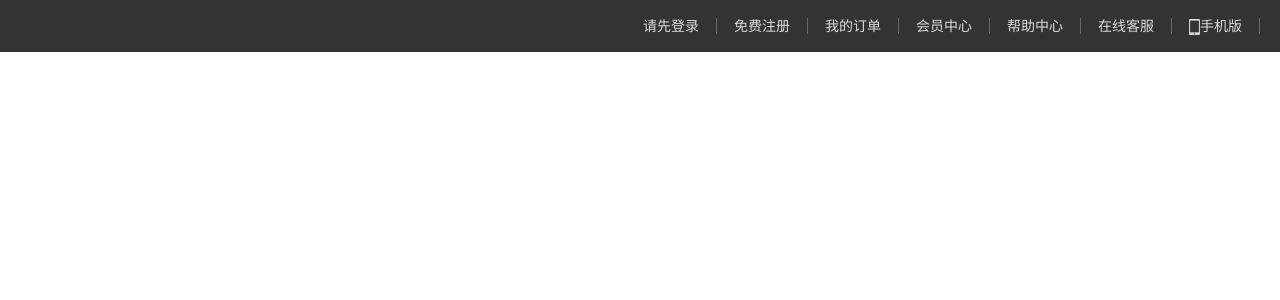
Repository: DengBiHua/xtx_pc_client
Page: index.html
These files come from the project's save history. The page is drawn as it stood at one moment and after the next save; the edit follows.
The browser window is 1280 px wide. The pictures show the whole page.

Above is the page before, as saved 2022-04-16 10:42:19.

### index.html
<!DOCTYPE html>
<html lang="zh-CN">
<head>
    <meta charset="UTF-8">
    <meta http-equiv="X-UA-Compatible" content="IE=edge">
    <meta name="viewport" content="width=device-width, initial-scale=1.0">
    <title>小兔鲜儿-新鲜、惠民、快捷！</title>
    <meta name="description" content="小兔鲜儿官网，致力于打造全球最大的食品、生鲜电商购物平台。">
    <meta name="keywords" content="小兔鲜儿,食品,生鲜,服装,家电,电商,购物">
    <link rel="shortcut icon" href="favicon.ico" type="image/x-icon">
    <link rel="stylesheet" href="./css/base.css">
    <link rel="stylesheet" href="./css/common.css">
    <link rel="stylesheet" href="./css/index.css">
</head>
<body>
    <div class="header">
        <div class="wrapper">
            <ul>
                <li><a href="#">请先登录</a></li>
                <li><a href="#">免费注册</a></li>
                <li><a href="#">我的订单</a></li>
                <li><a href="#">会员中心</a></li>
                <li><a href="#">帮助中心</a></li>
                <li><a href="#">在线客服</a></li>
                <li><a href="#"><span></span>手机版</a></li>
            </ul>
        </div>
    </div>
</body>
</html>

### css/base.css
/* 清除默认样式的代码 */
/* 去除常见标签默认的 margin 和 padding */
body,
h1,
h2,
h3,
h4,
h5,
h6,
p,
ul,
ol,
li,
dl,
dt,
dd,
input {
  margin: 0;
  padding: 0;
}

/* 內减模式 */
* {
  box-sizing: border-box;
}

/* 设置网页统一的字体大小、行高、字体系列相关属性 */
body {
  font: 16px/1.5 "Helvetica Neue", Helvetica, Arial, "Microsoft Yahei",
    "Hiragino Sans GB", "Heiti SC", "WenQuanYi Micro Hei", sans-serif;
  color: #333;
}

/* 去除列表默认样式 */
ul,
ol {
  list-style: none;
}

/* 去除默认的倾斜效果 */
em,
i {
  font-style: normal;
}

/* 去除a标签默认下划线，并设置默认文字颜色 */
a {
  text-decoration: none;
  color: #333;
}

/* 设置img的垂直对齐方式为居中对齐，去除img默认下间隙 */
img {
  vertical-align: middle;
}

/* 去除input默认样式 */
input {
  border: none;
  outline: none;
  color: #333;
}

/* 左浮动 */
.fl {
  float: left;
}

/* 右浮动 */
.fr {
  float: right;
}

/* 双伪元素清除法 */
.clearfix::before,
.clearfix::after {
  content: "";
  display: table;
}
.clearfix::after {
  clear: both;
}

### css/common.css
.wrapper {
    width: 1240px;
    margin: 0 auto;
}

.header {
    height: 52px;
    background-color: #333333;
}

.header .wrapper {
    height: 52px;
    line-height: 52px;
}

.header .wrapper ul {
    float: right;
}

.header .wrapper li {
    float: left;
}

.header .wrapper li a {
    padding: 0 17px;
    border-right: 1px solid #666666;
    font-size: 14px;
    color: #dcdcdc;
}

.header .wrapper li a span {
    display: inline-block;
    width: 11px;
    height: 16px;
    background-image: url(../images/sprites.png);
    background-position: -160px -70px;
    vertical-align: middle;
}

Loaded but not shown: css/index.css (no stored copy; drawn as an empty file)

After the next save:
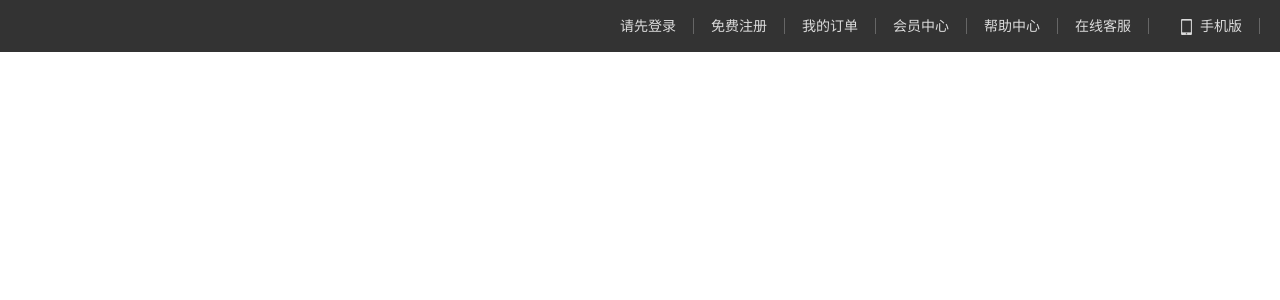
Saved 67 s later.
--- a/css/common.css
+++ b/css/common.css
@@ -30,6 +30,7 @@
 
 .header .wrapper li a span {
     display: inline-block;
+    margin: 0 8px 0 15px;
     width: 11px;
     height: 16px;
     background-image: url(../images/sprites.png);
